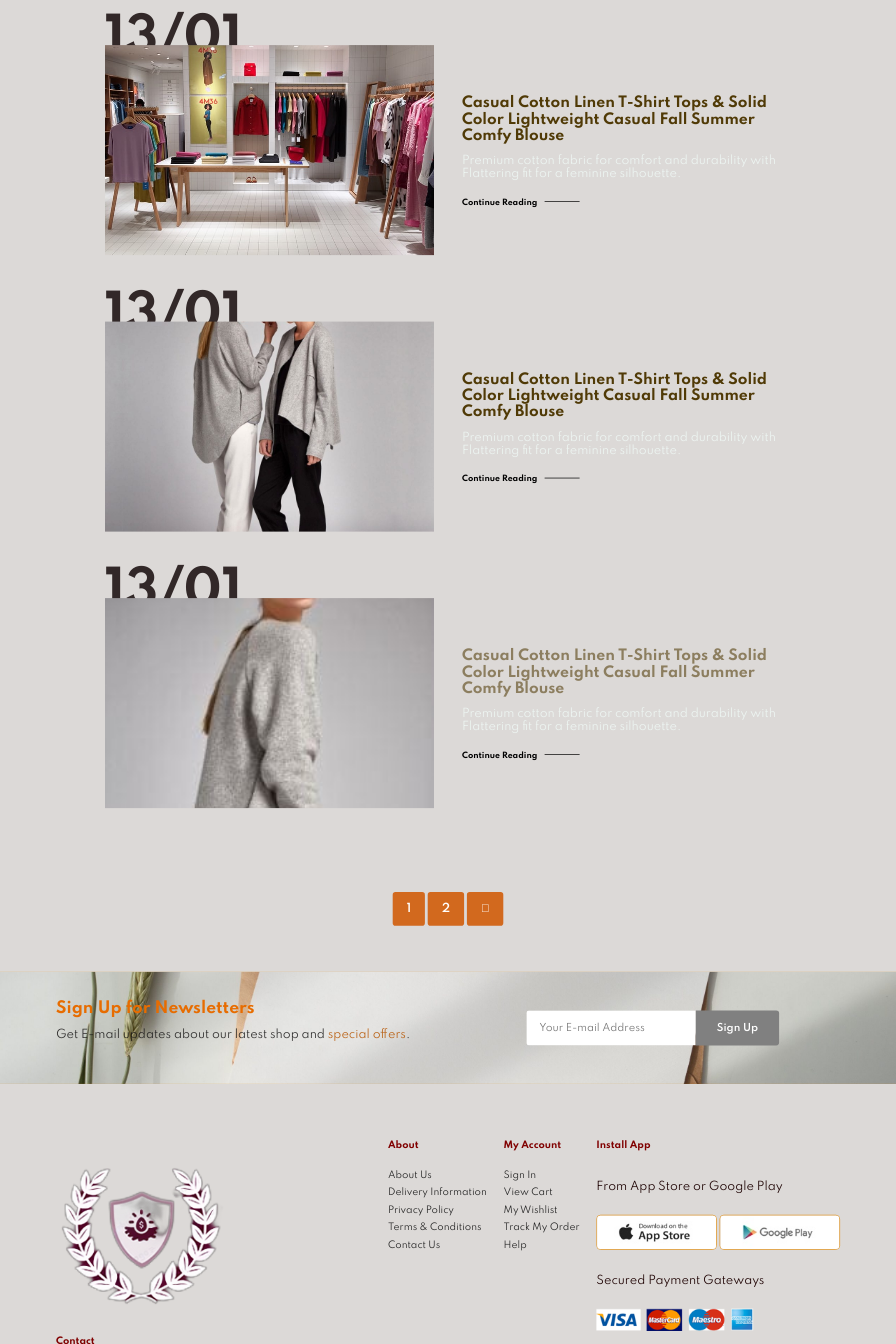
Repository: JhananiNallasamy/ECommerce-website-deployment
Page: blog.html
These files come from the project's save history. The page is drawn as it stood at one moment and after a run of saves; the edit follows.
The browser window is 1280 px wide. The pictures show the part of the page from y = 1308 to 3228 px (the page is 3598 px tall), at 70% of full size.
Some web libraries are served in a nearby version.

Above is the page before, as saved 2024-05-05 10:35:43.

### blog.html
<!DOCTYPE html>
<html lang="en">
<head>
    <meta charset="UTF-8">
    <meta name="viewport" content="width=device-width, initial-scale=1.0">
    <title>E-COMMERCE WEBSITE</title>
    <link rel="stylesheet" href="https://pro.fontawesome.com/releases/v5.10.0/css/all.css"/>
    <link rel="stylesheet" href="style.css">
</head>

<body style="background-color: rgba(157, 149, 144, 0.353);">
    <section id="header">
        <a href="#"> <img src="img/logo.png" height="80px", width="90px" class="logo" alt="logo"> </a>

        <div>
            <ul id="navbar">
                <li><a href="index.html">Home</a></li>
                <li><a>Shop</a></li>
                <li><a class="active" href="blog.html">Blog</a></li>
                <li><a href="about.html">About</a></li>
                <li><a href="contact.html">Contact</a></li>
                <li id="lg-bag"><a href="cart.html"><i class="far fa-shopping-bag"></i></a></li>
                <a href="#" id="close"><i class="far fa-times"></i></a>
            </ul>
        </div>
        <div id="mobile">
            <a href="cart.html"><i class="far fa-shopping-bag"></i></a>
            <i id="bar" class="fas fa-outdent"></i>
        </div>
    </section>

    <!--nav bar code at top is over -->

    <section id="page-header" class="blog-header">

        <h2 style="color: #fffffff1">Fashion Fusion E-Logs</h2>
        <p style="color: #503a06; font-weight: bold;">Uncover the stories behind our products through captivating case studies!</p><br>
    </section>

    <section id="blog">
        <div class="blog-box">
            <div class="blog-img">
                <img src="img/blog/b1.jpg" alt="b1 in blog">
            </div>
            <div class="blog-details">
            <h4 style="color: #503a06;"> Casual Cotton Linen T-Shirt Tops & Solid Color Lightweight Casual Fall Summer Comfy Blouse </h4>
            <p>Premium cotton fabric for comfort and durability with Flattering fit for a feminine silhouette.</p>
            <a href="#"> Continue Reading </a>
            </div>
            <h1>13/01</h1>
        </div>
        <div class="blog-box">
            <div class="blog-img">
                <img src="img/blog/b2.jpg" alt="b2 in blog">
            </div>
            <div class="blog-details">
            <h4 style="color: #503a06;"> Casual Cotton Linen T-Shirt Tops & Solid Color Lightweight Casual Fall Summer Comfy Blouse </h4>
            <p>Premium cotton fabric for comfort and durability with Flattering fit for a feminine silhouette.</p>
            <a href="#"> Continue Reading </a>
            </div>
            <h1>13/01</h1>
        </div>
        <div class="blog-box">
            <div class="blog-img">
                <img src="img/blog/b3.jpg" alt="b3 in blog">
            </div>
            <div class="blog-details">
            <h4 style="color: #503a06;"> Casual Cotton Linen T-Shirt Tops & Solid Color Lightweight Casual Fall Summer Comfy Blouse </h4>
            <p>Premium cotton fabric for comfort and durability with Flattering fit for a feminine silhouette.</p>
            <a href="#"> Continue Reading </a>
            </div>
            <h1>13/01</h1>
        </div>
        <div class="blog-box">
            <div class="blog-img">
                <img src="img/blog/b4.jpg" alt="b4 in blog">
            </div>
            <div class="blog-details">
            <h4 style="color: #503a06;"> Casual Cotton Linen T-Shirt Tops & Solid Color Lightweight Casual Fall Summer Comfy Blouse </h4>
            <p>Premium cotton fabric for comfort and durability with Flattering fit for a feminine silhouette.</p>
            <a href="#"> Continue Reading </a>
            </div>
            <h1>13/01</h1>
        </div>
        <div class="blog-box">
            <div class="blog-img">
                <img src="img/blog/b5.jpg" alt="b5 in blog">
            </div>
            <div class="blog-details">
            <h4 style="color: #503a0692;"> Casual Cotton Linen T-Shirt Tops & Solid Color Lightweight Casual Fall Summer Comfy Blouse </h4>
            <p>Premium cotton fabric for comfort and durability with Flattering fit for a feminine silhouette.</p>
            <a href="#"> Continue Reading </a>
            </div>
            <h1>13/01</h1>
        </div>



    </section>
        <section id="pagination" class="section-p1">
        <a href="#">1</a>
        <a href="#">2</a>
        <a href="#"><i class="fal fa-long-arrow-alt-right"></i></a>
        </section>


    <section id="newsletter" class="section-p1 section-m1">
        <div class="newstext">
            <h4>Sign Up for Newsletters</h4>
            <p>Get E-mail updates about our latest shop and <span>special offers</span>.</p>
        </div>
        <div class="form">
            <input type="text" placeholder="Your E-mail Address">
            <button class="normal">Sign Up</button>
        </div>
    </section>

    <footer class="section-p1">
        <div class="col">
            <img class="logo" src="img/logo.png" alt="logo image">
            <h4 style="color: maroon;">Contact</h4>
            <p style="color: maroon;"><strong>Address:</strong>103 Washington Road,Street32,SanFransico</p>
            <p style="color: maroon;"><strong>Phone:</strong>(+91) 78936 41730</p>
            <p style="color: maroon;"><strong>Hours:</strong>24 hrs,Mon-Sun</p>
            <div class="follow">
                <h4 style="color: rgb(32, 2, 2);">Follow Us</h4>
                <div class="icon">
                    <i class="fab fa-facebook-f"></i>
                    <i class="fab fa-twitter"></i>
                    <i class="fab fa-instagram"></i>
                    <i class="fab fa-pinterest-p"></i>
                    <i class="fab fa-youtube"></i>
                </div>
            </div>
        </div>
        <div class="col">
            <h4 style="color: maroon;">About</h4>
            <a href="#">About Us</a>
            <a href="#">Delivery Information</a>
            <a href="#">Privacy Policy</a>
            <a href="#">Terms & Conditions</a>
            <a href="#">Contact Us</a>
        </div>
        <div class="col">
            <h4 style="color: maroon;">My Account</h4>
            <a href="#">Sign In</a>
            <a href="#">View Cart</a>
            <a href="#">My Wishlist</a>
            <a href="#">Track My Order</a>
            <a href="#">Help</a>
        </div>
        <div class="col install">
            <h4 style="color: maroon;">Install App</h4>
            <p style="color: rgb(29, 2, 2);">From App Store or Google Play</p>
            <div class="row">
                <img src="img/pay/app.jpg" alt="app img in pay folder">
                <img src="img/pay/play.jpg" alt="play img in pay folder">
            </div>
            <p style="color: rgb(30, 2, 2);">Secured Payment Gateways</p>
            <img src="img/pay/pay.png"  alt="pay img inside pay folder">
        </div>
            <div class="copyright">
                <p style="color: rgb(14, 1, 1);">© 2025, Jhanani - HTML CSS Ecommerce Template</p>
            </div>
        </footer>


    <script src="script.js"></script>

</body>
</html>

Loaded but not shown: script.js (17 lines, source omitted); style.css (858 lines, source omitted)

After the next 2 saves:
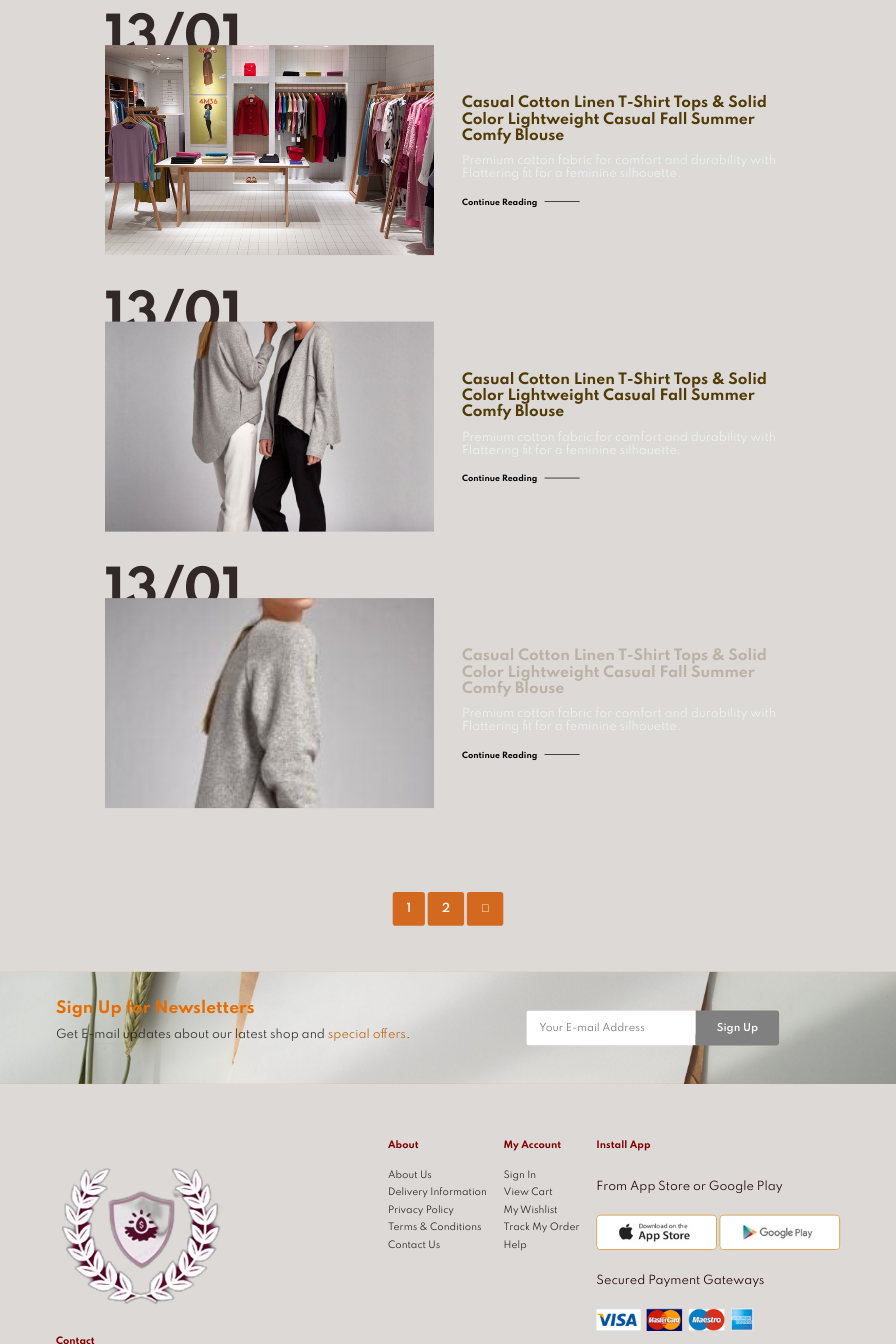
The 2 saves are shown as one change because they came seconds apart.
The last was saved 19 s later.
--- a/blog.html
+++ b/blog.html
@@ -87,7 +87,7 @@
                 <img src="img/blog/b5.jpg" alt="b5 in blog">
             </div>
             <div class="blog-details">
-            <h4 style="color: #503a0692;"> Casual Cotton Linen T-Shirt Tops & Solid Color Lightweight Casual Fall Summer Comfy Blouse </h4>
+            <h4 style="color: #503a063d;"> Casual Cotton Linen T-Shirt Tops & Solid Color Lightweight Casual Fall Summer Comfy Blouse </h4>
             <p>Premium cotton fabric for comfort and durability with Flattering fit for a feminine silhouette.</p>
             <a href="#"> Continue Reading </a>
             </div>

After the 2 saves that followed:
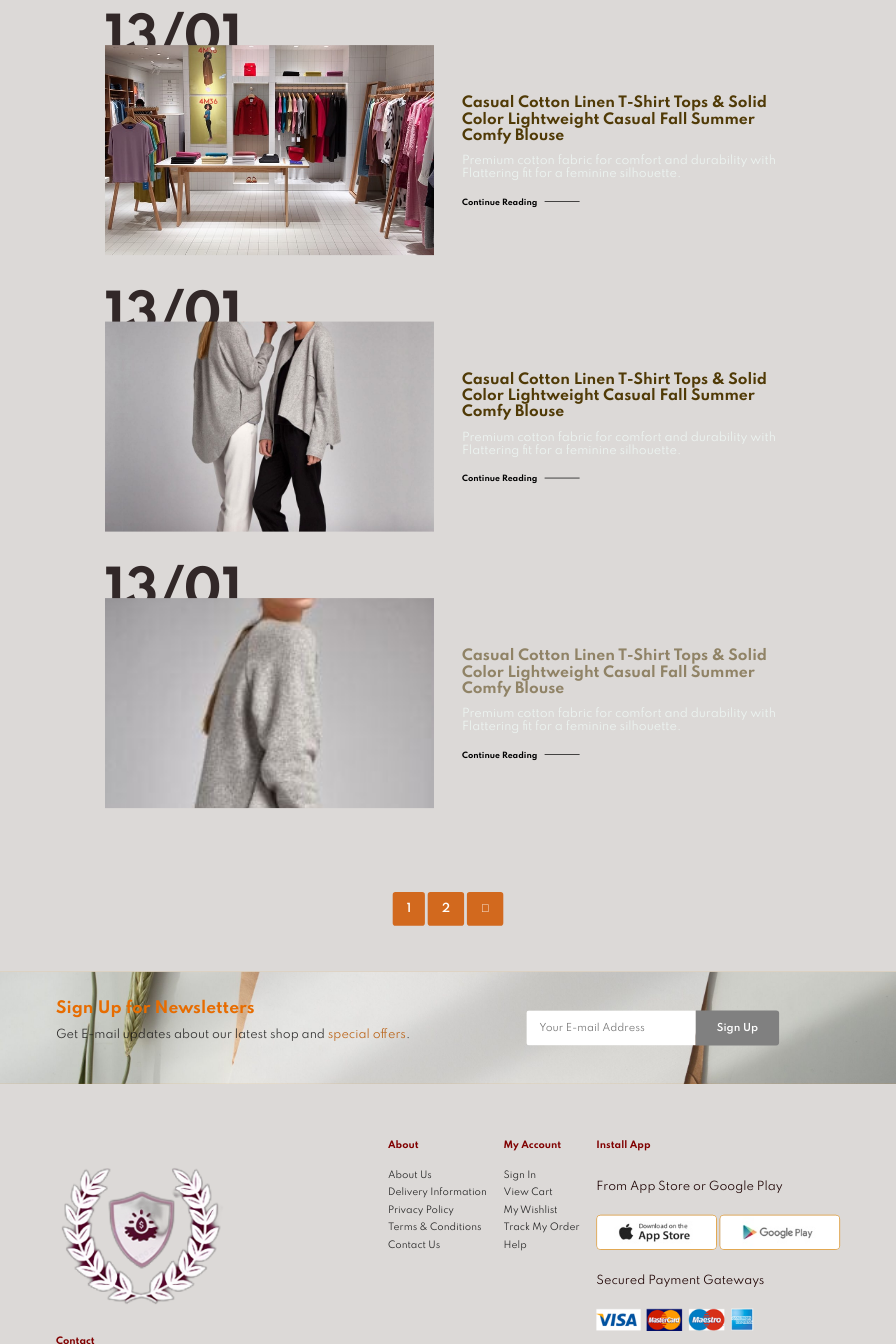
The 2 saves are shown as one change because they came seconds apart.
The last was saved 12 s later.
--- a/blog.html
+++ b/blog.html
@@ -87,7 +87,7 @@
                 <img src="img/blog/b5.jpg" alt="b5 in blog">
             </div>
             <div class="blog-details">
-            <h4 style="color: #503a063d;"> Casual Cotton Linen T-Shirt Tops & Solid Color Lightweight Casual Fall Summer Comfy Blouse </h4>
+            <h4 style="color: #503a068a;"> Casual Cotton Linen T-Shirt Tops & Solid Color Lightweight Casual Fall Summer Comfy Blouse </h4>
             <p>Premium cotton fabric for comfort and durability with Flattering fit for a feminine silhouette.</p>
             <a href="#"> Continue Reading </a>
             </div>
